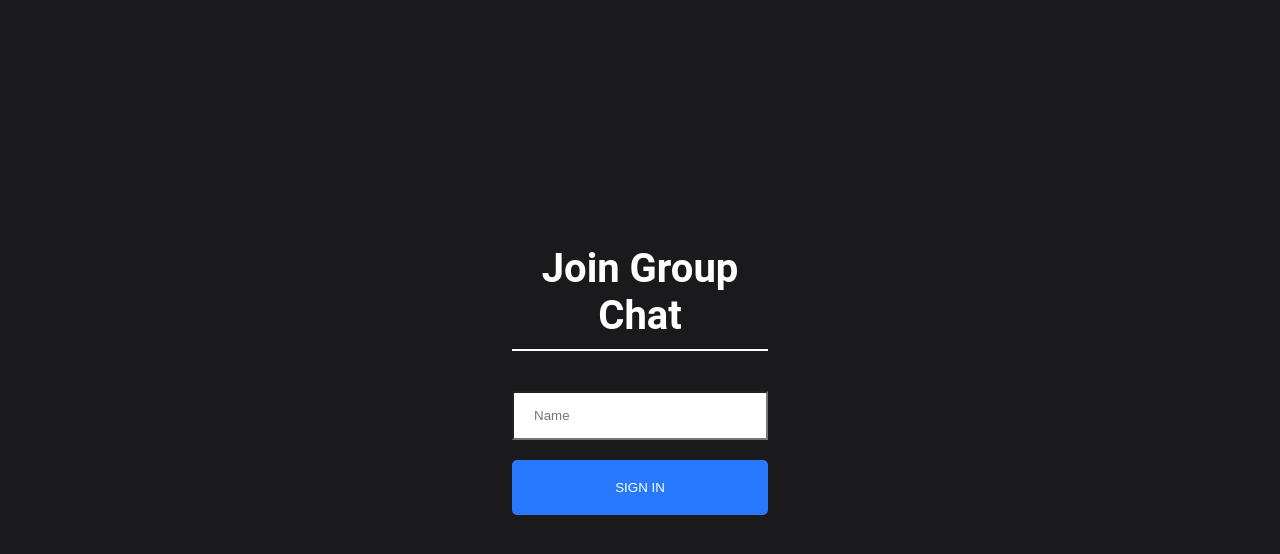
Repository: olawale7040/Luqman_Doodle_challenge
Page: /
An editor plug-in stored every save of this project. The page is shown before and after the next save, followed by the edit.
The browser window is 1280 px wide. The pictures show the whole page.
The project was rebuilt for these pictures with package versions that can differ from the ones it lists, and the page was loaded fresh each time.

Above is the page before, as saved 2021-11-27 10:05:32.

After the next save:
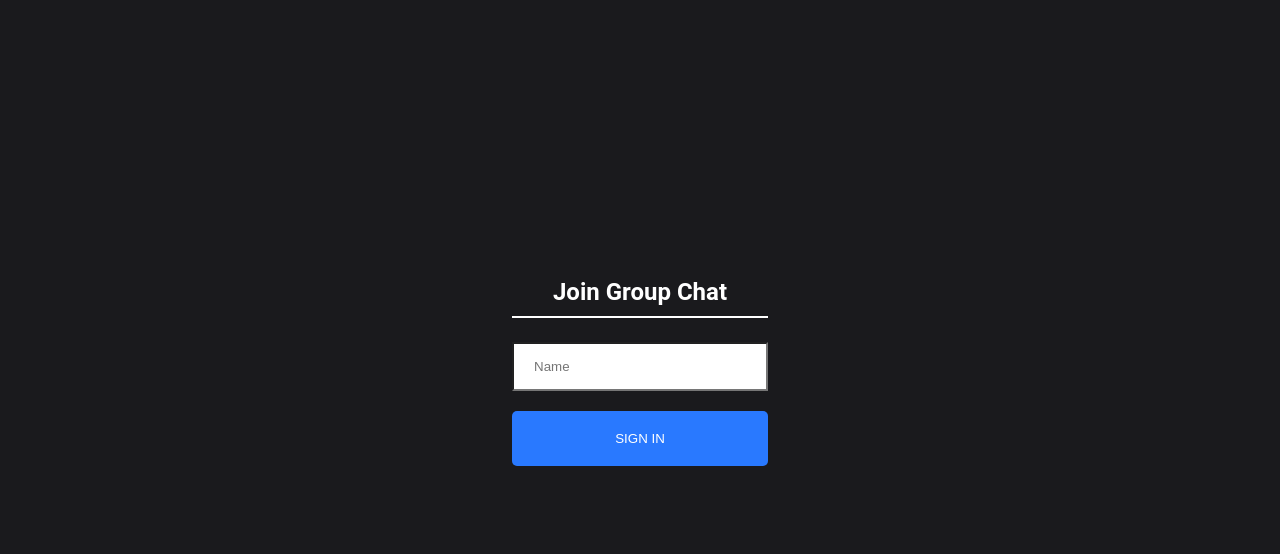
Saved 55 s later.
--- a/src/views/Join/Join.css
+++ b/src/views/Join/Join.css
@@ -1,5 +1,6 @@
-html, body {
-  font-family: 'Roboto', sans-serif;
+html,
+body {
+  font-family: "Roboto", sans-serif;
   padding: 0;
   margin: 0;
 }
@@ -18,7 +19,7 @@ html, body {
   text-align: center;
   height: 100vh;
   align-items: center;
-  background-color: #1A1A1D;
+  background-color: #1a1a1d;
 }
 
 .joinInnerContainer {
@@ -33,21 +34,21 @@ html, body {
 
 .heading {
   color: white;
-  font-size: 2.5em;
+  font-size: 1.5em;
   padding-bottom: 10px;
   border-bottom: 2px solid white;
 }
 
 .button {
-    color: #fff !important;
-    text-transform: uppercase;
-    text-decoration: none;
-    background: #2979FF;
-    padding: 20px;
-    border-radius: 5px;
-    display: inline-block;
-    border: none;
-    width: 100%;
+  color: #fff !important;
+  text-transform: uppercase;
+  text-decoration: none;
+  background: #2979ff;
+  padding: 20px;
+  border-radius: 5px;
+  display: inline-block;
+  border: none;
+  width: 100%;
 }
 
 .mt-20 {
@@ -62,8 +63,6 @@ html, body {
   .joinInnerContainer {
     width: 90%;
   }
-
-
 }
 
 button:focus {
